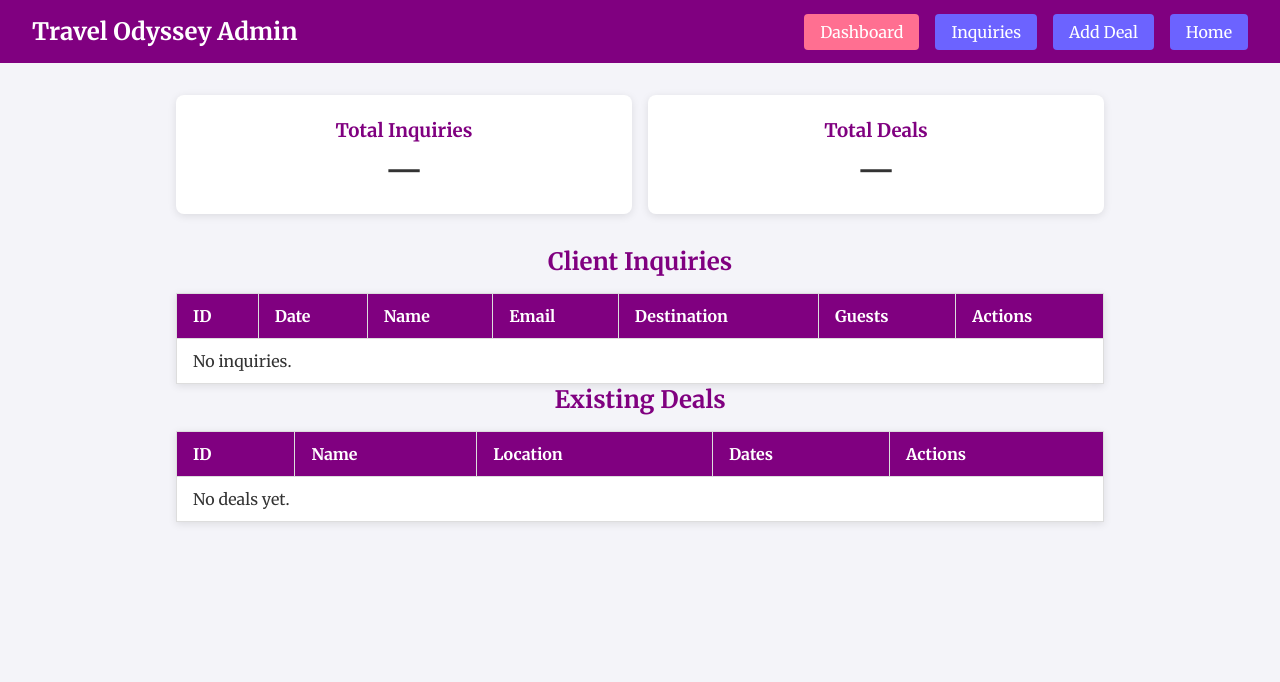
Repository: GHzPhoenix/Project-Odyssey
Page: Frontend/admin.html
The author's editor kept a copy of each file at every save. The page is drawn from the files as they stood at one save, then again after the next save.
The browser window is 1280 px wide. The pictures show the whole page.
The page's requests for data from a server got no answer.

Above is the page before, as saved 2025-06-11 14:35:52.

### Frontend/admin.html
<!DOCTYPE html>
<html lang="en">
  <head>
    <meta charset="UTF-8" />
    <meta name="viewport" content="width=device-width,initial-scale=1.0" />
    <title>Admin Dashboard – Travel Odyssey</title>
    <link rel="stylesheet" href="/Frontend/css/admin.css" />
    <style>
      .kpi-container {
        display: flex;
        gap: 1rem;
        margin: 2rem 0;
        justify-content: center;
      }
      .kpi-card {
        flex: 1;
        background: white;
        padding: 1.5rem;
        border-radius: 8px;
        box-shadow: 0 2px 8px rgba(0, 0, 0, 0.1);
        text-align: center;
      }
      .kpi-card h3 {
        margin-bottom: 0.5rem;
        color: purple;
      }
      .kpi-card p {
        font-size: 2rem;
        font-weight: bold;
      }
    </style>
  </head>
  <body>
    <header>
      <nav>
        <div class="logo">Travel Odyssey Admin</div>
        <ul>
          <li><a href="admin.html" class="active">Dashboard</a></li>
          <li><a href="inquiries.html">Inquiries</a></li>
          <li><a href="add-deal.html">Add Deal</a></li>
          <li><a href="index.html">Home</a></li>
        </ul>
      </nav>
    </header>

    <main>
      <div class="kpi-container">
        <div class="kpi-card">
          <h3>Total Inquiries</h3>
          <p id="kpi-inquiries">–</p>
        </div>
        <div class="kpi-card">
          <h3>Total Deals</h3>
          <p id="kpi-deals">–</p>
        </div>
      </div>

      <h2 class="section">Client Inquiries</h2>
      <table id="inquiries-table">
        <thead>
          <tr>
            <th>ID</th>
            <th>Date</th>
            <th>Name</th>
            <th>Email</th>
            <th>Destination</th>
            <th>Guests</th>
            <th>Actions</th>
          </tr>
        </thead>
        <tbody>
          <tr>
            <td colspan="7">Loading…</td>
          </tr>
        </tbody>
      </table>

      <h2 class="section">Existing Deals</h2>
      <table id="deals-table">
        <thead>
          <tr>
            <th>ID</th>
            <th>Name</th>
            <th>Location</th>
            <th>Dates</th>
            <th>Actions</th>
          </tr>
        </thead>
        <tbody>
          <tr>
            <td colspan="5">Loading…</td>
          </tr>
        </tbody>
      </table>
    </main>

    <div id="deal-modal" class="modal-overlay">
      <div class="modal">
        <h2>Edit Deal</h2>
        <form id="modal-form">
          <div class="input-group">
            <label>Name</label>
            <input type="text" name="name" required />
          </div>
          <div class="input-group">
            <label>Location</label>
            <input type="text" name="location" required />
          </div>
          <div class="input-group">
            <label>Activities</label>
            <input type="text" name="activities" required />
          </div>
          <div class="input-group">
            <label>Start Date</label>
            <input type="date" name="start_date" required />
          </div>
          <div class="input-group">
            <label>End Date</label>
            <input type="date" name="end_date" required />
          </div>
          <div class="modal-actions">
            <button type="button" id="modal-cancel">Cancel</button>
            <button type="submit" id="modal-save">Save</button>
          </div>
        </form>
      </div>
    </div>

    <script>
      const token = localStorage.getItem("token") || "";
      let inquiries = [],
        deals = [];

      async function fetchJSON(url, opts = {}) {
        opts.headers = {
          ...(opts.headers || {}),
          "Content-Type": "application/json",
          Authorization: "Bearer " + token,
        };
        const res = await fetch(url, opts);
        if (!res.ok) throw await res.json();
        return res.json();
      }

      async function loadDashboard() {
        try {
          inquiries = await fetchJSON("http://127.0.0.1:5001/api/inquiries");
          document.getElementById("kpi-inquiries").textContent =
            inquiries.length;
        } catch {
          document.getElementById("kpi-inquiries").textContent = "—";
        }
        try {
          deals = await fetchJSON("http://127.0.0.1:5001/api/deals");
          document.getElementById("kpi-deals").textContent = deals.length;
        } catch {
          document.getElementById("kpi-deals").textContent = "—";
        }

        // Inquiries table
        const inTbody = document.querySelector("#inquiries-table tbody");
        if (!inquiries.length) {
          inTbody.innerHTML = "<tr><td colspan='7'>No inquiries.</td></tr>";
        } else {
          inTbody.innerHTML = inquiries
            .map((i) => {
              const date = new Date(i.created_at).toLocaleDateString();
              return `
              <tr>
                <td>${i.id}</td>
                <td>${date}</td>
                <td>${i.name}</td>
                <td>${i.email}</td>
                <td>${i.destination}</td>
                <td>${i.guests}</td>
                <td>
                  <button class="action create-from-inquiry"
                    data-loc="${encodeURIComponent(i.destination)}"
                    data-acts="${encodeURIComponent(i.preferences || "")}">
                    Create Deal
                  </button>
                </td>
              </tr>`;
            })
            .join("");
          inTbody.querySelectorAll(".create-from-inquiry").forEach((btn) => {
            btn.onclick = () => {
              const loc = decodeURIComponent(btn.dataset.loc),
                acts = decodeURIComponent(btn.dataset.acts);
              const qs = new URLSearchParams({
                location: loc,
                activities: acts,
              });
              window.location.href = `add-deal.html?${qs}`;
            };
          });
        }

        const dTbody = document.querySelector("#deals-table tbody");
        if (!deals.length) {
          dTbody.innerHTML = "<tr><td colspan='5'>No deals yet.</td></tr>";
        } else {
          dTbody.innerHTML = deals
            .map((d) => {
              const from = new Date(d.start_date).toLocaleDateString(),
                to = new Date(d.end_date).toLocaleDateString();
              return `
              <tr data-id="${d.id}">
                <td>${d.id}</td>
                <td>${d.name}</td>
                <td>${d.location}</td>
                <td>${from} – ${to}</td>
                <td>
                  <button class="action edit-deal">Edit</button>
                  <button class="action delete-deal">Delete</button>
                </td>
              </tr>`;
            })
            .join("");
        }
      }

      document.addEventListener("DOMContentLoaded", () => {
        const overlay = document.getElementById("deal-modal");
        const form = document.getElementById("modal-form");
        const cancel = document.getElementById("modal-cancel");
        let editingId = null;

        document
          .getElementById("deals-table")
          .addEventListener("click", async (e) => {
            const tr = e.target.closest("tr");
            if (!tr) return;
            const id = tr.dataset.id;

            if (e.target.matches(".edit-deal")) {
              editingId = id;
              const deal = deals.find((d) => d.id == id);
              form.name.value = deal.name;
              form.location.value = deal.location;
              form.activities.value = deal.activities;
              form.start_date.value = deal.start_date;
              form.end_date.value = deal.end_date;
              overlay.classList.add("active");
            }

            if (
              e.target.matches(".delete-deal") &&
              confirm("Delete this deal?")
            ) {
              try {
                await fetchJSON(`http://127.0.0.1:5001/api/deals/${id}`, {
                  method: "DELETE",
                });
                await loadDashboard();
                alert("Deal deleted.");
              } catch (err) {
                alert(err.error || "Delete failed");
              }
            }
          });

        cancel.onclick = () => overlay.classList.remove("active");
        window.addEventListener("keydown", (e) => {
          if (e.key === "Escape") overlay.classList.remove("active");
        });

        form.onsubmit = async (ev) => {
          ev.preventDefault();
          const body = {
            name: form.name.value.trim(),
            location: form.location.value.trim(),
            activities: form.activities.value.trim(),
            start_date: form.start_date.value,
            end_date: form.end_date.value,
          };
          try {
            await fetchJSON(`http://127.0.0.1:5001/api/deals/${editingId}`, {
              method: "PUT",
              body: JSON.stringify(body),
            });
            overlay.classList.remove("active");
            await loadDashboard();
            alert("Deal updated.");
          } catch (err) {
            alert(err.error || "Update failed");
          }
        };

        loadDashboard();
      });
    </script>
  </body>
</html>

### Frontend/css/admin.css
@import url("https://fonts.googleapis.com/css2?family=Merriweather:wght@300;400;700&display=swap");

* {
  box-sizing: border-box;
  margin: 0;
  padding: 0;
}

body {
  font-family: "Merriweather", serif;
  background: #f4f4f9;
  color: #333;
}
.action {
  background: #6c63ff;
  color: white;
  border: none;
  padding: 0.4rem 0.8rem;
  border-radius: 4px;
  cursor: pointer;
  font-size: 0.9rem;
  transition: background 0.2s ease;
}
.action:hover {
  background: #5950d4;
}
.modal-overlay {
  display: none;
  position: fixed;
  inset: 0;
  background: rgba(0, 0, 0, 0.6);
  align-items: center;
  justify-content: center;
  z-index: 1000;
}
.modal-overlay.active {
  display: flex;
}
.modal {
  background: #fff;
  padding: 2rem;
  border-radius: 8px;
  width: 90%;
  max-width: 400px;
  box-shadow: 0 2rem 4rem rgba(0, 0, 0, 0.2);
}
.modal h2 {
  margin-bottom: 1rem;
  color: purple;
}
.modal .input-group {
  margin-bottom: 1rem;
}
.modal label {
  display: block;
  margin-bottom: 0.4rem;
  font-weight: 600;
}
.modal input[type="text"],
.modal input[type="date"] {
  width: 100%;
  padding: 0.5rem;
  border: 1px solid #ccc;
  border-radius: 4px;
}

.modal-actions {
  text-align: right;
  margin-top: 1rem;
}
.modal-actions button {
  background: #6c63ff;
  color: #fff;
  border: none;
  padding: 0.5rem 1rem;
  border-radius: 4px;
  cursor: pointer;
  margin-left: 0.5rem;
  transition: background 0.2s;
}
.modal-actions button#modal-cancel {
  background: #ccc;
  color: #333;
}
.modal-actions button:hover {
  background: #5950d4;
}

header nav {
  background: purple;
  padding: 1rem 2rem;
  display: flex;
  align-items: center;
  justify-content: space-between;
}

header nav .logo {
  color: white;
  font-size: 1.5rem;
  font-weight: bold;
}

header nav ul {
  list-style: none;
  display: flex;
  gap: 1rem;
}

header nav a {
  color: white;
  text-decoration: none;
  padding: 0.5rem 1rem;
  background: #6c63ff;
  border-radius: 4px;
  transition: background 0.2s;
}

header nav a.active,
header nav a:hover {
  background: #ff6f91;
}

main {
  max-width: 960px;
  margin: 2rem auto;
  padding: 0 1rem;
}

h1,
h2 {
  color: purple;
  margin-bottom: 1rem;
  text-align: center;
}

form {
  background: white;
  padding: 2rem;
  border-radius: 8px;
  box-shadow: 0 4px 12px rgba(0, 0, 0, 0.1);
}

form .input-group {
  margin-bottom: 1.25rem;
}

form label {
  display: block;
  margin-bottom: 0.4rem;
  font-weight: 600;
}

form input[type="text"],
form input[type="date"],
form textarea {
  width: 100%;
  padding: 0.6rem;
  border: 1px solid #ccc;
  border-radius: 4px;
  font-size: 1rem;
}

form textarea {
  resize: vertical;
  min-height: 80px;
}

.file-input-label {
  display: inline-block;
  padding: 0.5rem 1rem;
  background: #007bff;
  color: white;
  border-radius: 4px;
  cursor: pointer;
  font-size: 0.9rem;
}

#file-chosen {
  margin-left: 0.5rem;
  font-size: 0.9rem;
  vertical-align: middle;
  color: #555;
}

input[type="file"] {
  display: none;
}

button[type="submit"] {
  background: #0b6623;
  color: white;
  padding: 0.7rem 1.4rem;
  border: none;
  border-radius: 4px;
  font-size: 1rem;
  cursor: pointer;
}

button[type="submit"]:hover {
  background: #095a1a;
}

#deal-message,
#inquiry-message {
  margin-top: 0.75rem;
  font-size: 0.9rem;
}

#deal-message.error,
#inquiry-message.error {
  color: #b00020;
}

#deal-message.success,
#inquiry-message.success {
  color: #0b6623;
}

table {
  width: 100%;
  border-collapse: collapse;
  background: white;
  margin-top: 1rem;
  box-shadow: 0 2px 8px rgba(0, 0, 0, 0.1);
}

th,
td {
  padding: 0.75rem 1rem;
  border: 1px solid #ddd;
  text-align: left;
}

th {
  background: purple;
  color: white;
  font-weight: 600;
}

tr:nth-child(even) td {
  background: #f9f9ff;
}

.inquiry-actions button {
  background: #6c63ff;
  color: white;
  border: none;
  padding: 0.4rem 0.8rem;
  border-radius: 4px;
  cursor: pointer;
  font-size: 0.9rem;
  margin-right: 0.5rem;
}

.inquiry-actions button:hover {
  background: #5950d4;
}

.deal-card {
  background: white;
  border-radius: 8px;
  box-shadow: 0 2px 8px rgba(0, 0, 0, 0.1);
  overflow: hidden;
  margin: 1rem 0;
  display: flex;
}

.deal-card img {
  width: 120px;
  object-fit: cover;
}

.deal-card-body {
  padding: 1rem;
  flex: 1;
}

.deal-card-body h3 {
  margin-bottom: 0.5rem;
}

.deal-card-body p {
  margin-bottom: 0.5rem;
}

.deal-card-body .card-button {
  background: #6c63ff;
  color: white;
  padding: 0.4rem 0.8rem;
  border-radius: 4px;
  text-decoration: none;
}

.deal-card-body .card-button:hover {
  background: #5950d4;
}

.button-link {
  display: inline-block;
  margin-top: 1.5rem;
  color: #6c63ff;
  text-decoration: underline;
}

After the next save:
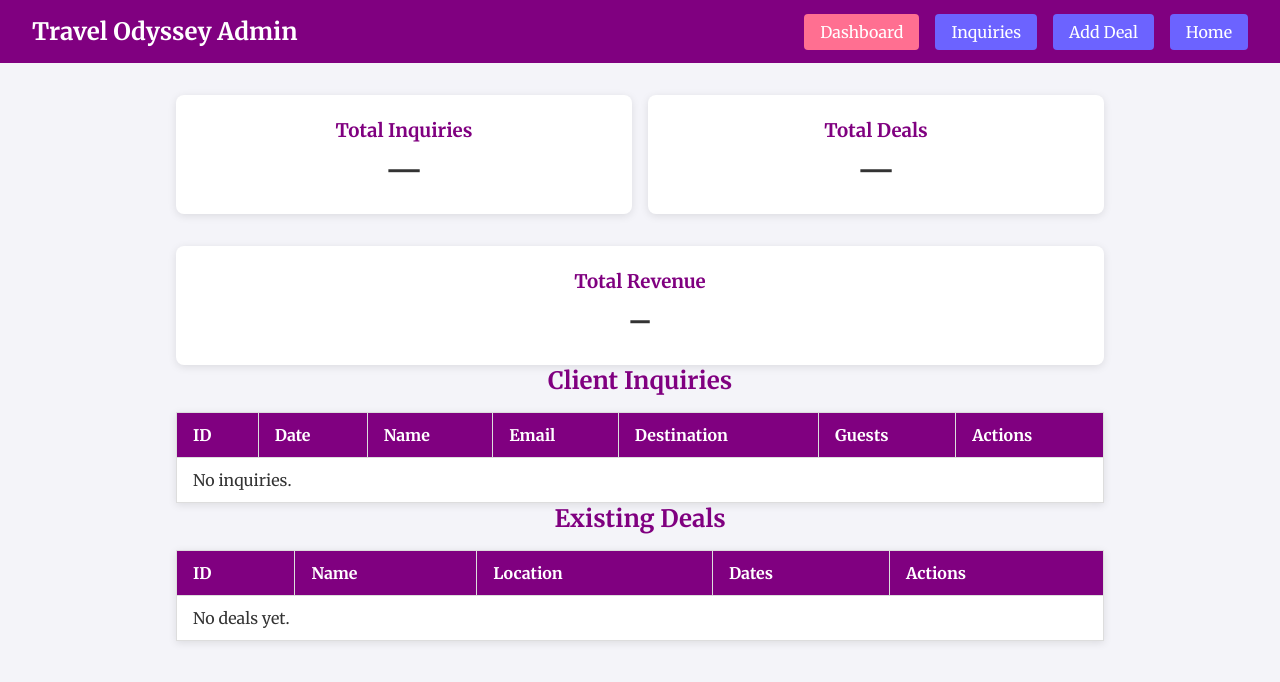
Saved 50 s later.
--- a/Frontend/admin.html
+++ b/Frontend/admin.html
@@ -53,6 +53,10 @@
           <h3>Total Deals</h3>
           <p id="kpi-deals">–</p>
         </div>
+      </div>
+      <div class="kpi-card">
+        <h3>Total Revenue</h3>
+        <p id="kpi-revenue">–</p>
       </div>
 
       <h2 class="section">Client Inquiries</h2>
